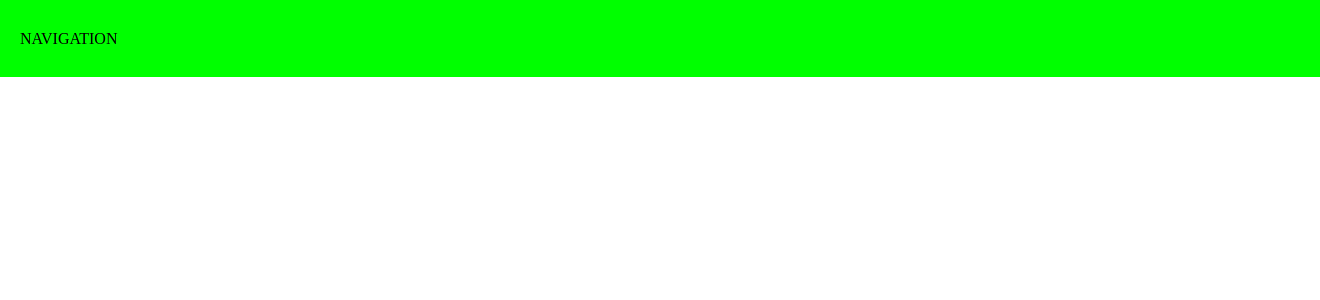
Repository: junshock5/RubyTest
Page: insta.html
The author's editor kept a record of every edit. The page is drawn from the files as they stood at one moment, then again after the next edit.
The browser window is 1280 px wide. The page is 1320 px wide, so the pictures cover 1320 px, including what lies to the right of the window. The pictures show the whole page.

Above is the page before.

After the next edit:
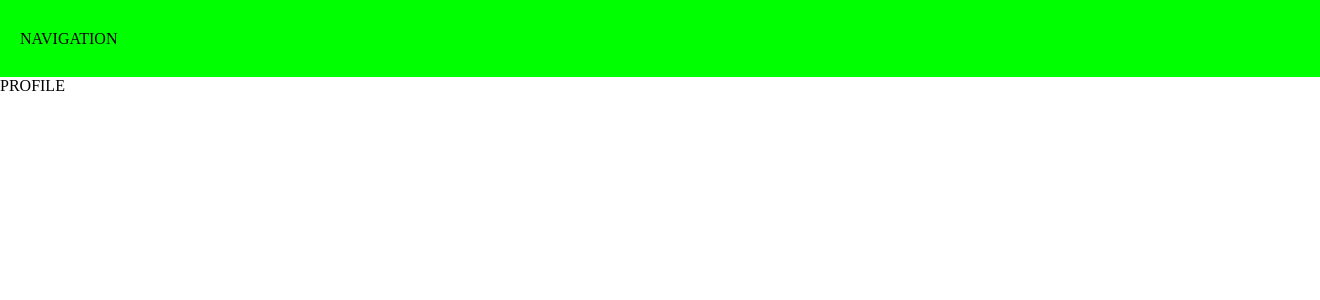
The edit:
--- a/insta.html
+++ b/insta.html
@@ -9,5 +9,8 @@
         <div class="nav_container">
             NAVIGATION
         </div>
+        <div class="profile_container">
+            PROFILE
+        </div>
     </body>
 </html>
